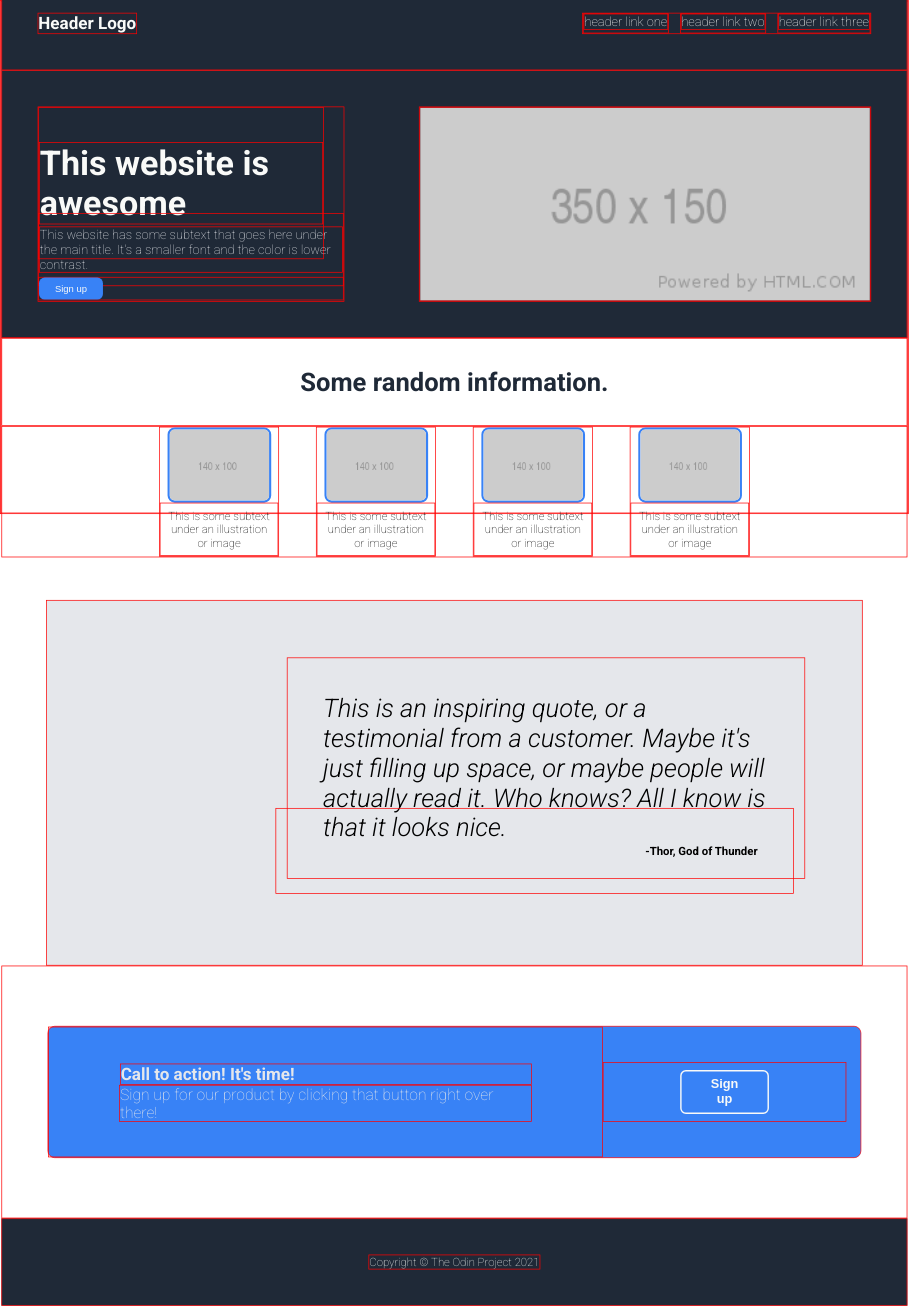
Repository: weazzyefff/The-Landing-Page
Page: index.html
The author's editor kept a copy of each file at every save. The page is drawn from the files as they stood at one save, then again after the next save.
The browser window is 1280 px wide. The pictures show the whole page, at 71% of full size.

Above is the page before, as saved 2022-10-30 18:43:52.
Not found: index.js

### index.html
<!DOCTYPE html>
<html lang="en">

<head>
  <meta charset="UTF-8">
  <meta name="viewport" content="width=device-width, initial-scale=1.0">
  <meta http-equiv="X-UA-Compatible" content="ie=edge">
  <title>The Landing Page</title>
  <link rel="stylesheet" href="css/styles.css">
  <link rel="preconnect" href="https://fonts.googleapis.com">
  <link rel="preconnect" href="https://fonts.gstatic.com" crossorigin>
  <link href="https://fonts.googleapis.com/css2?family=Roboto:ital,wght@0,100;0,700;1,300&display=swap"
    rel="stylesheet">
</head>

<body>
  <div class="header">
    <div class="icon">
      Header Logo
    </div>
    <ul class="right-links">
      <li><a href="#">header link one</a></li>
      <li><a href="#">header link two</a></li>
      <li><a href="#">header link three</a></li>
    </ul>
  </div>
  <div class="hero-container">
    <div class="hero-left">
      <div class="main-text">
        <p>This website is awesome</p>
      </div>
      <div class="secondary-text">
        <p>This website has some subtext that goes here under the main title. It's a smaller
          font and the color is lower contrast.
        </p>
      </div>
      <div class="button-container">
        <button class="button">Sign up</button>
      </div>
    </div>
    <div class="hero-right">
      <img src="img/350x150.png" class="hero-img" alt="Placeholder image">
    </div>
  </div>
  <div class="title">
    Some random information.
  </div>
  <div class="gallery-container">
    <div class="info">
      <img src="img/140x100.png" alt="Placeholder Image">
      <div class="text">This is some subtext under an illustration or image</div>
    </div>
    <div class="info">
      <img src="img/140x100.png" alt="Placeholder Image">
      <div class="text">This is some subtext under an illustration or image</div>
    </div>
    <div class="info">
      <img src="img/140x100.png" alt="Placeholder Image">
      <div class="text">This is some subtext under an illustration or image</div>
    </div>
    <div class="info">
      <img src="img/140x100.png" alt="Placeholder Image">
      <div class="text">This is some subtext under an illustration or image</div>
    </div>
  </div>
  <div class="quote-container">
    <div class="quote">This is an inspiring quote, or a testimonial from a
      customer. Maybe it's just filling up space, or maybe people will
      actually read it. Who knows? All I know is that it looks nice. </div>
    <div class="quotee">-Thor, God of Thunder</div>
  </div>
  <div class="call-container">
    <div class="inside-container">
      <div class="left-side">
        <p class="top-line">
          Call to action! It's time!
        </p>
        <p class="bottom-line">
          Sign up for our product by clicking that button right over there!
        </p>
      </div>
      <div class="right-side">
        <button>
          Sign up
        </button>
      </div>
    </div>
  </div>
  </div>
  <div class="footer">
    <div class="footerContent">
      Copyright © The Odin Project 2021
    </div>
  </div>
  <script src="index.js"></script>
</body>

</html>

### css/styles.css
* {
    border: 1px solid red;
}

.header,
.footer {
    display: flex;
    justify-content: space-between;
    padding: 50px;
    background-color: #1F2937;
    color: #f9faf8;
}

.header {
    margin-top: -35px
}

.footer {
    font-weight: 200;
    justify-content: center;
}

body {
    display: flex;
    height: 100vh;
    margin: 0;
    font-family: 'Roboto', sans-serif;
    flex-direction: column;
}

ul {
    list-style-type: none;
    display: flex;
    margin: 0;
    padding: 0;
    gap: 16px;
}

.header a {
    text-decoration: none;
    color: #f9faf8;
    font-size: 18px;
}

.icon {
    display: flex;
    font-size: 24px;
    font-weight: 800;
}

.footerContent {
    display: flex;
    justify-content: center;
    align-items: center;
}

.hero-container {
    display: flex;
    justify-content: space-between;
    padding: 50px;
    background-color: #1F2937;
    color: #E5E7EB;
}

.hero-left {
    display: flex;
    flex-direction: column;
    background-color: #1F2937;
    font-size: 18px;
    color: #E5E7EB;
}

.hero-left .main-text {
    font-size: 48px;
    color: #f9faf8;
    font-weight: 800;
}

.main-text {
    width: 400px;
    margin-bottom: -65px;
}

.secondary-text {
    width: 428px;
    margin-bottom: -13px;
}

.hero-right {
    display: flex;
    justify-content: center;
    align-items: center;
}

.hero-img {
    display: flex;
    justify-content: center;
    align-items: center;
    width: 633px;
}

.button {
    background-color: #3882f6;
    color: #f9faf8;
    padding: 8px 16px;
    border-radius: 8px;
    display: flex;
    align-items: center;
    justify-content: center;
    width: 90px;
    border-style: none;

}

.gallery-container {
    display: flex;
    justify-content: center;
    gap: 52px;
    margin-bottom: 60px;

}

.title {
    display: flex;
    justify-content: center;
    font-size: 36px;
    font-weight: 800;
    color: #1f2937;
    padding: 40px;
}

.info {
    display: flex;
    justify-content: center;
    flex-direction: column;
    align-items: center;
}

.info img {
    border-radius: 10px;
    border: 3px solid #3882f6;
}

.text {
    width: 149px;
    text-align: center;
    padding: 8px;
}

.quote-container {
    display: flex;
    flex-direction: column;
    margin: auto;
    justify-content: center;
    background-color: #E5E7EB;
    padding: 80px;

}

.quote {
    margin-left: 258px;
    margin-bottom: 20px;
    width: 628px;
    padding: 50px;
    font-size: 36px;
    font-style: italic;
    font-weight: 300;
}

.quotee {
    margin-left: 242px;
    margin-bottom: 20px;
    display: flex;
    justify-content: right;
    margin-top: -120px;
    font-weight: 800;
    padding: 50px;
    width: 628px;
}

.call-container {
    display: flex;
    flex-shrink: 0;
    padding: 59px 14px;
    justify-content: center;
    color: #E5E7EB;
}

.inside-container {
    display: flex;
    margin: 25px 50px;
    padding: 0px;
    justify-content: center;
    align-items: center;
    border-radius: 10px;
    background-color: #3882f6;
}

.top-line {
    margin-bottom: -22px;
    margin-left: 1px;
    font-size: 24px;
    font-weight: 800;
}

.bottom-line {
    font-size: 22px;
}
.left-side{
    display: flex;
    padding: 27px 99px;
    flex-direction: column;
}
.right-side{
    display: flex;
    padding: 10px 108px;
    margin-right: 20px;

}
.right-side button{
    border: solid 2px #f9faf8;
    padding: 8px 28px;
    font-size: 18px;
    font-weight: 800;
    border-radius: 8px;
    background-color: #3882f6;
    color: #f9faf8;
}
p {
    display: flex;
    justify-content: start;
}

After the next save:
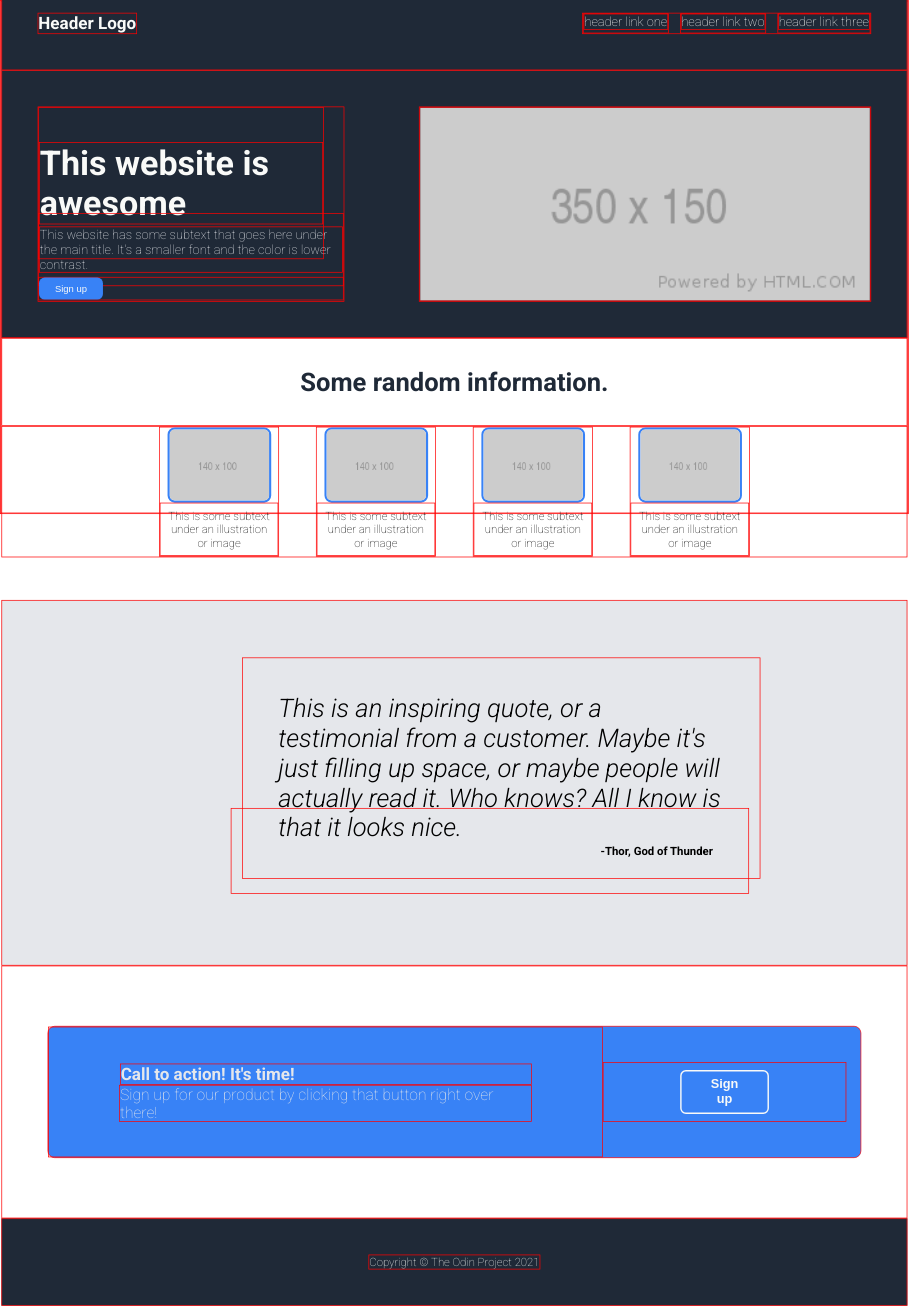
Saved 45 h 51 min later.
--- a/css/styles.css
+++ b/css/styles.css
@@ -150,7 +150,7 @@ ul {
 .quote-container {
     display: flex;
     flex-direction: column;
-    margin: auto;
+
     justify-content: center;
     background-color: #E5E7EB;
     padding: 80px;
